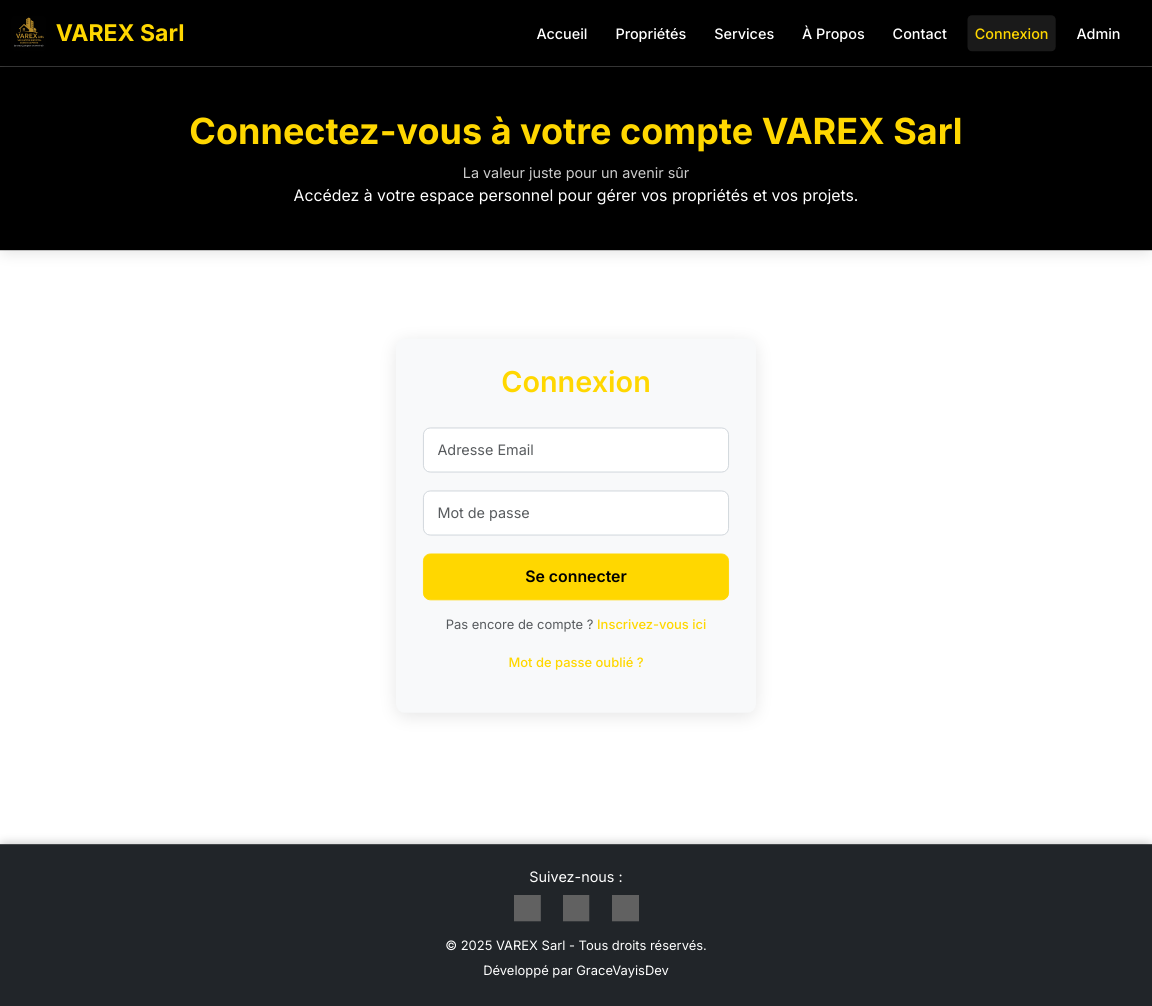
Repository: gradi243/catine
Page: login.html
These files come from the project's save history. The page is drawn as it stood at one moment and after a run of saves; the edit follows.
The browser window is 1280 px wide. The pictures show the whole page, at 90% of full size.
Pictures or frames that could not be fetched are drawn as grey boxes.

Above is the page before, as saved 2025-06-30 23:58:41.

After the next 3 saves:
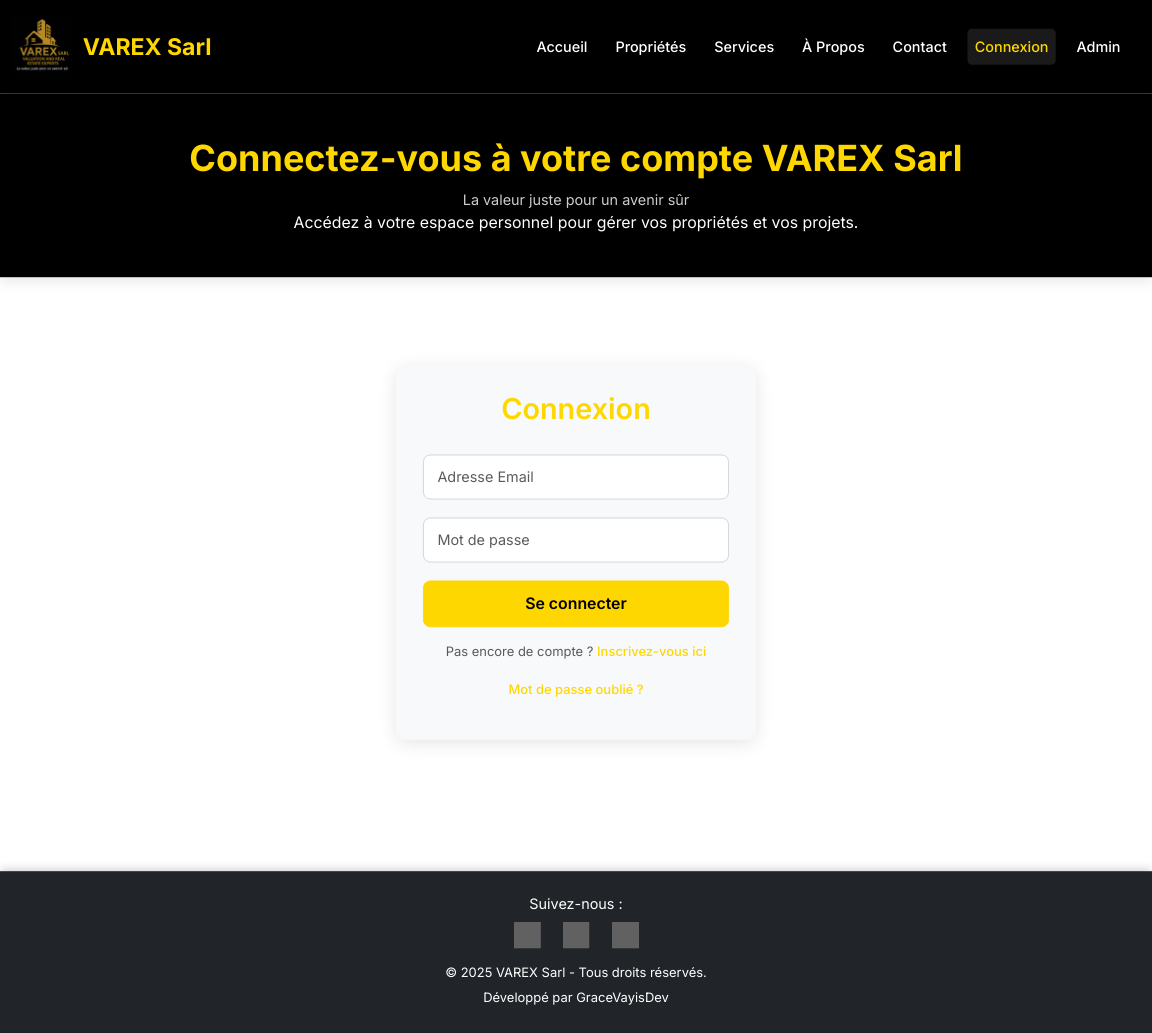
The 3 saves are shown as one change because they came seconds apart.
The last was saved 31 s later.
--- a/login.html
+++ b/login.html
@@ -44,8 +44,8 @@
             align-items: center;
         }
         .navbar-brand #companyLogo {
-            width: 40px;
-            height: 40px;
+            width: 70px;
+            height: 70px;
             margin-right: 10px;
             display: flex;
             justify-content: center;
